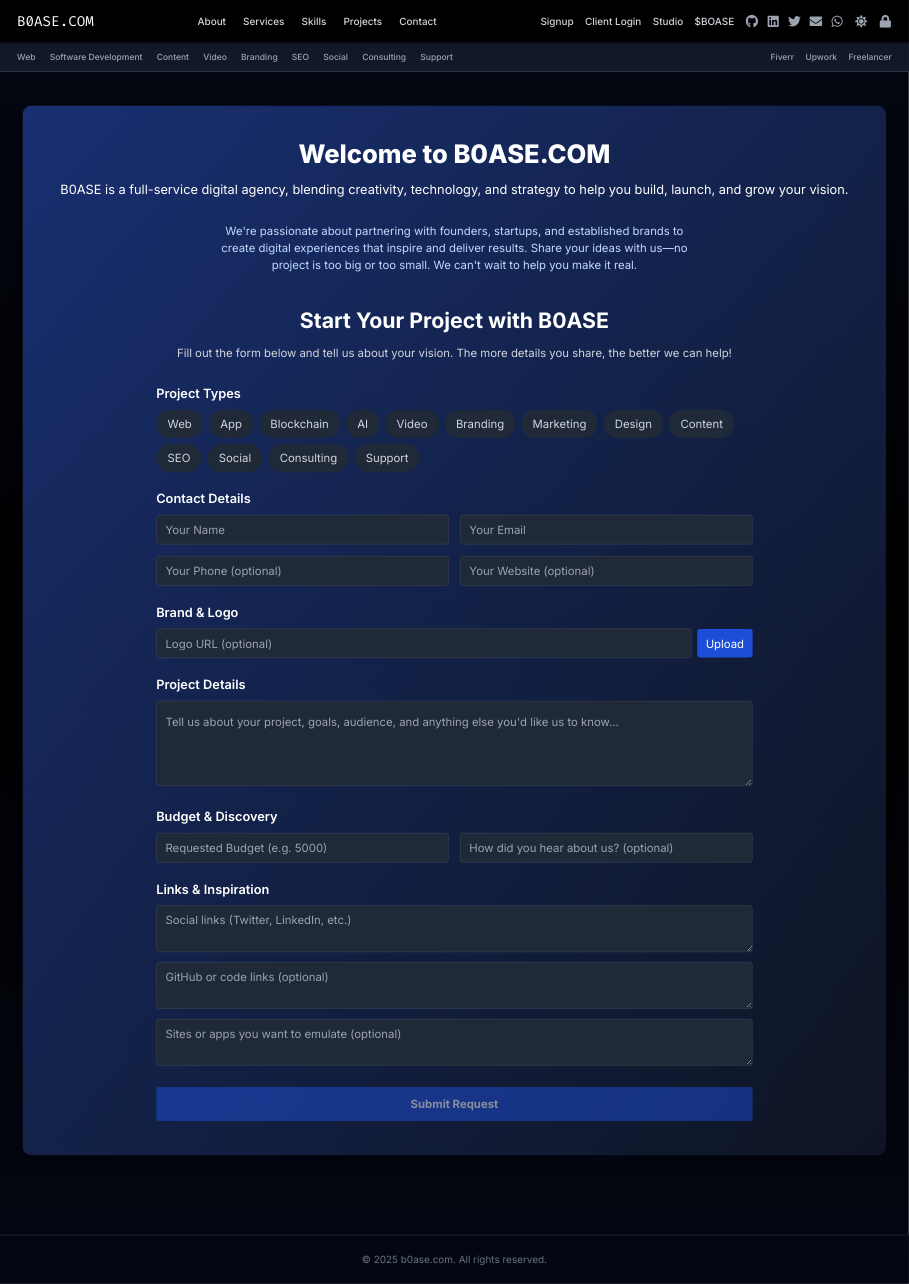
Repository: b0ase/rafskitchen
Page: /signup
These files come from the project's save history. The page is drawn as it stood at one moment and after the next save; the edit follows.
The browser window is 1280 px wide. The pictures show the whole page, at 71% of full size.
The page's requests for data from a server got no answer. The project was rebuilt for these pictures with package versions that can differ from the ones it lists, and the page was loaded fresh each time. The framework's server and built-in components were replaced by stand-ins that run in the browser. No one was signed in, and anything a server would have sent is missing. Also part of the build but not shown: next.config.js.

Above is the page before, as saved 2025-05-04 11:12:56.

After the next save:
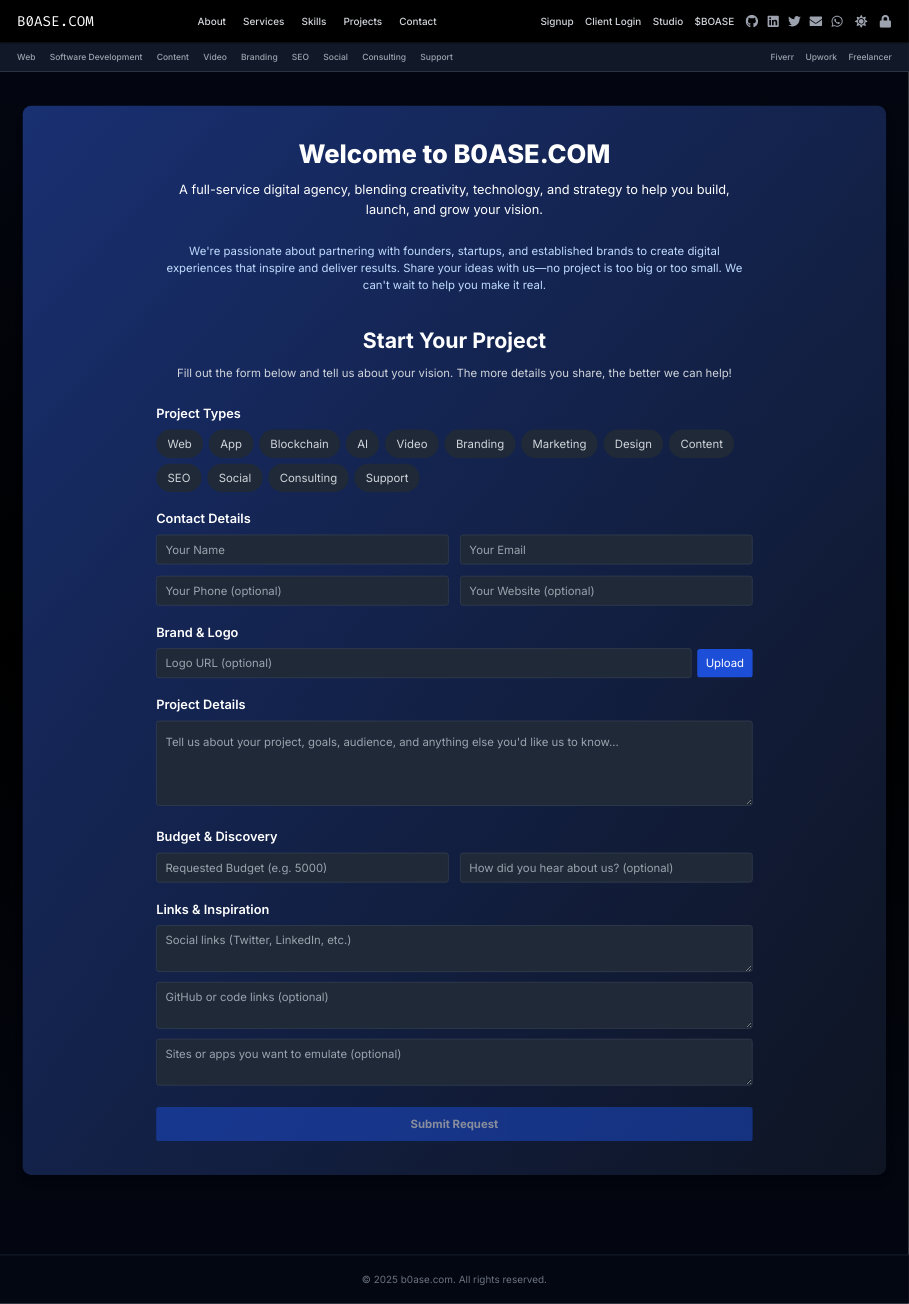
Saved 114 s later.
--- a/app/signup/page.tsx
+++ b/app/signup/page.tsx
@@ -4,14 +4,14 @@
   return (
     <div className="w-full max-w-none mx-auto my-12 px-2 md:px-8">
       <section className="w-full bg-gradient-to-br from-blue-900/80 to-gray-900/80 rounded-xl shadow-lg p-4 md:p-12 text-white">
-        <div className="text-center mb-12">
+        <div className="w-3/4 mx-auto text-center mb-12">
           <h1 className="text-4xl font-extrabold mb-4">Welcome to B0ASE.COM</h1>
-          <p className="text-lg mb-8">B0ASE is a full-service digital agency, blending creativity, technology, and strategy to help you build, launch, and grow your vision.</p>
-          <p className="text-md text-blue-200 max-w-2xl mx-auto">We're passionate about partnering with founders, startups, and established brands to create digital experiences that inspire and deliver results. Share your ideas with us—no project is too big or too small. We can't wait to help you make it real.</p>
+          <p className="text-lg mb-8">A full-service digital agency, blending creativity, technology, and strategy to help you build, launch, and grow your vision.</p>
+          <p className="text-md text-blue-200">We're passionate about partnering with founders, startups, and established brands to create digital experiences that inspire and deliver results. Share your ideas with us—no project is too big or too small. We can't wait to help you make it real.</p>
         </div>
 
         <div className="w-3/4 mx-auto">
-          <h2 className="text-3xl font-bold mb-4 text-center">Start Your Project with B0ASE</h2>
+          <h2 className="text-3xl font-bold mb-4 text-center">Start Your Project</h2>
           <p className="text-gray-300 text-center mb-8">
             Fill out the form below and tell us about your vision. The more details you share, the better we can help!
           </p>
